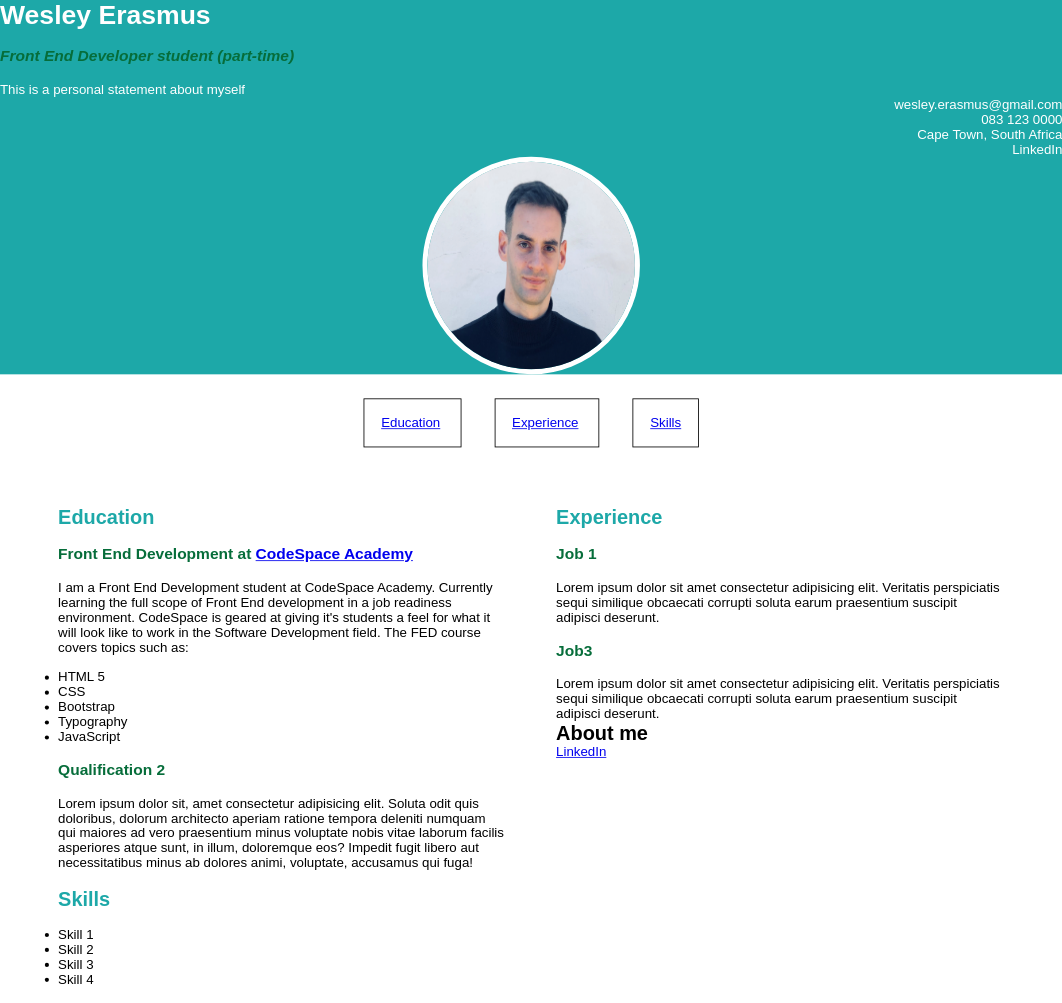
Repository: WesleyErasmus/myDigitalResume
Page: Resume-Projec-3/index.html
An editor plug-in stored every save of this project. The page is shown before and after the next save, followed by the edit.
The browser window is 1280 px wide. The pictures show the whole page, at 83% of full size.

Above is the page before, as saved 2022-02-12 13:28:11.

After the next save:
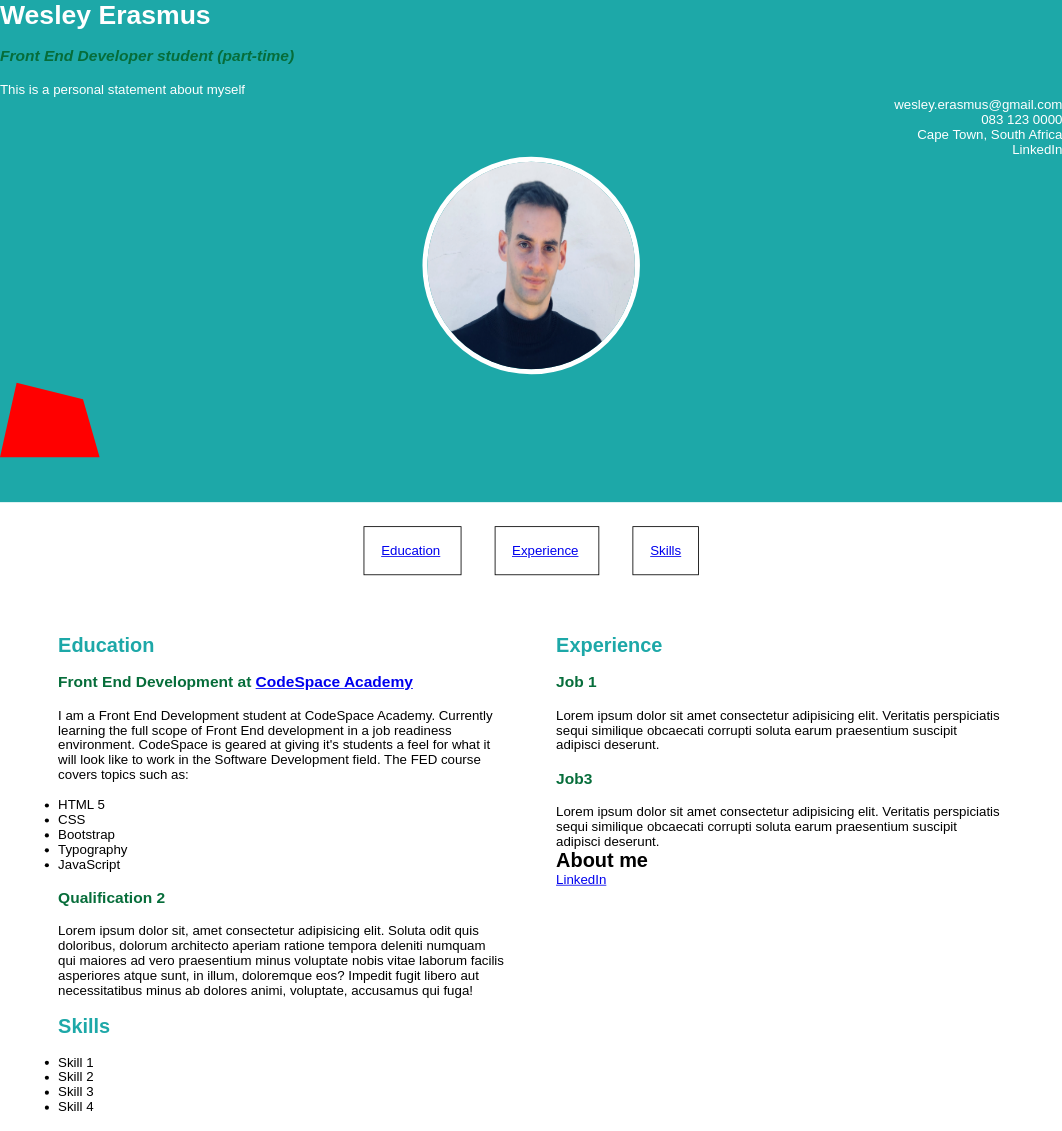
Saved 117 s later.
--- a/Resume-Projec-3/index.html
+++ b/Resume-Projec-3/index.html
@@ -22,7 +22,10 @@
       <li>LinkedIn</li>
     </ul>
 
-    <img id="headshot" src="images/IMG_01081.jpg" alt="Portrait image of Wesley Erasmus" width="300px" height="auto">
+    <img id="headshot" src="images/IMG_01081.jpg" alt="Portrait image of Wesley Erasmus">
+    <svg height="150" width="150">
+      <polygon points="20,10 100,30 120,100 0,100" style="fill:red;" />
+  </svg>
 
   </header>
   <nav>
